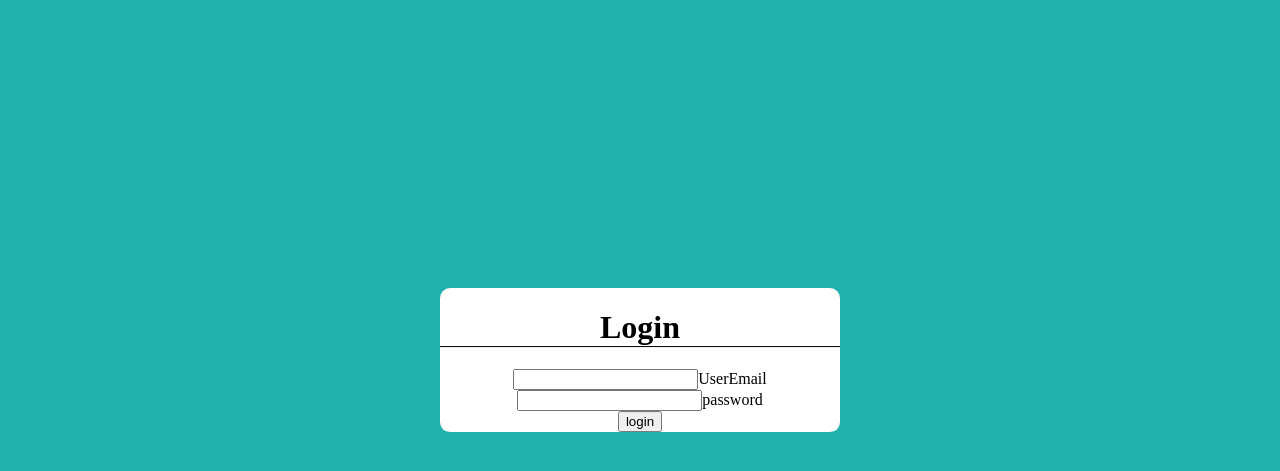
Repository: Aref19/eshop_frontEnd
Page: /
These files come from the project's save history. The page is drawn as it stood at one moment and after a run of saves; the edit follows.
The browser window is 1280 px wide. The pictures show the whole page.
The project was rebuilt for these pictures with package versions that can differ from the ones it lists, and the page was loaded fresh each time.

Above is the page before, as saved 2023-02-23 20:50:58.

After the next 3 saves:
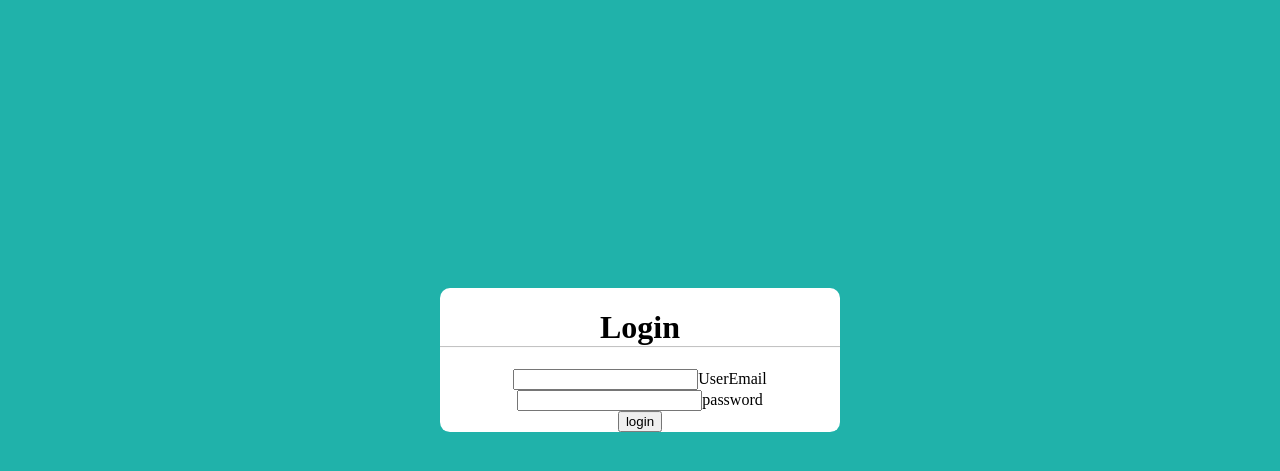
The 3 saves are shown as one change because they came seconds apart.
The last was saved 10 s later.
--- a/src/css/Login.css
+++ b/src/css/Login.css
@@ -23,5 +23,5 @@ body{
 
 .center h1{
     text-align: center;
-    border-bottom: 1px solid ;
+    border-bottom: 1px solid silver;
 }
